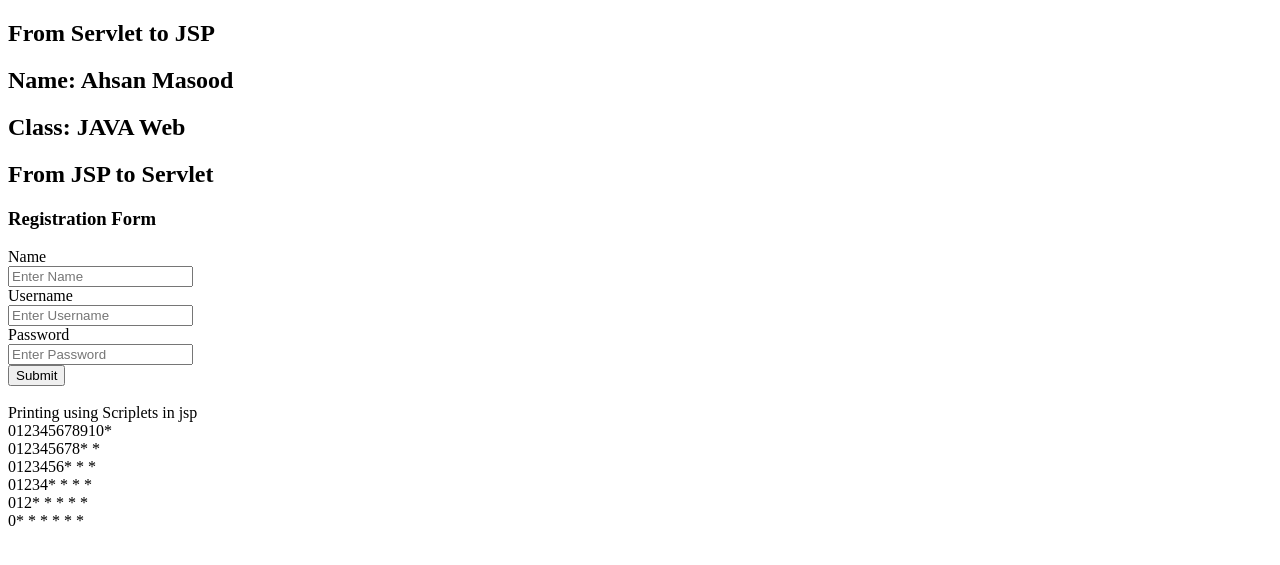
Repository: Ahsan-Masood98/Java-Web-Eng
Page: http://localhost/week2lab/helloworld
An editor plug-in stored every save of this project. The page is shown before and after the next save, followed by the edit.
The browser window is 1280 px wide. The pictures show the whole page.
The page is served by Tomcat 9.

Above is the page before, as saved 2022-09-21 13:56:39.

### eclipse-workplace/week2lab/src/main/webapp/index.jsp
<%@ page language="java" contentType="text/html; charset=ISO-8859-1" pageEncoding="ISO-8859-1"%>
<!DOCTYPE html>
<html>
<head>
<meta charset="ISO-8859-1">
<title>Week 2 Lab</title>
</head>
<body>
	<h2>From Servlet to JSP</h2>
	<h2>Name: ${name}</h2>
	<h2>Class: ${course}</h2>
	<h2>From JSP to Servlet</h2>
	<h3>Registration Form</h3>
	<form action="helloworld" method ="post">
	<label>Name</label><br/>
	<input type=text name="name" placeholder="Enter Name"/><br/>
	<label>Username</label><br/>
	<input type=text name="username" placeholder="Enter Username"/><br/>
	<label>Password</label><br/>
	<input type=password name="password" placeholder="Enter Password"/><br/>
	<button type="submit">Submit</button>
	</form>
	<br>
	<% out.print("Printing using Scriplets in jsp"); %>
	<br>
	<%
		int i,j, row=6;
		for(i=0; i< row; i++){
			int k=0;
			for (j = 2*(row - i-1); j >= 0; j--)
				out.print(k++);
	  		for( j=0; j<=i; j++)
				out.println("*");
			out.print("<br/>");
		}
		out.print("<br/>");
	%>
</body>
</html>

### eclipse-workplace/week2lab/src/main/java/com/ahsan/helloworld.java
package com.ahsan;

import java.io.IOException;
import java.io.PrintWriter;

import javax.servlet.RequestDispatcher;
import javax.servlet.ServletException;
import javax.servlet.annotation.WebServlet;
import javax.servlet.http.HttpServlet;
import javax.servlet.http.HttpServletRequest;
import javax.servlet.http.HttpServletResponse;

/**
 * Servlet implementation class helloworld
 */
@WebServlet("/helloworld")
public class helloworld extends HttpServlet {
	private static final long serialVersionUID = 1L;

    /**
     * Default constructor.
     */
    public helloworld() {
        // TODO Auto-generated constructor stub
    }

	/**
	 * @see HttpServlet#doGet(HttpServletRequest request, HttpServletResponse response)
	 */
	protected void doGet(HttpServletRequest request, HttpServletResponse response) throws ServletException, IOException {
		// TODO Auto-generated method stub
		response.getWriter().append("Served at: ").append(request.getContextPath());

		String destination ="index.jsp";
		RequestDispatcher requestDispatcher = request.getRequestDispatcher(destination);
		String name = "Ahsan Masood";
		request.setAttribute("name", name);
		String course = "JAVA Web";
		request.setAttribute("course", course);
		requestDispatcher.forward(request, response);
		// or request.getRequestDispatcher("index.js").forward(request, response);
	}

	/**
	 * @see HttpServlet#doPost(HttpServletRequest request, HttpServletResponse response)
	 */
	protected void doPost(HttpServletRequest request, HttpServletResponse response) throws ServletException, IOException {
		// TODO Auto-generated method stub
		doGet(request, response);
		response.setContentType("Text/HTML");
		String name = request.getParameter("name");
		String username = request.getParameter("username");
		String password = request.getParameter("password");
		PrintWriter out = response.getWriter();
		out.println("<h1> Name: " + name + "</h1> <br/> <h1> Username: " + username + "</h1> <br/>");
	}

}

After the next save:
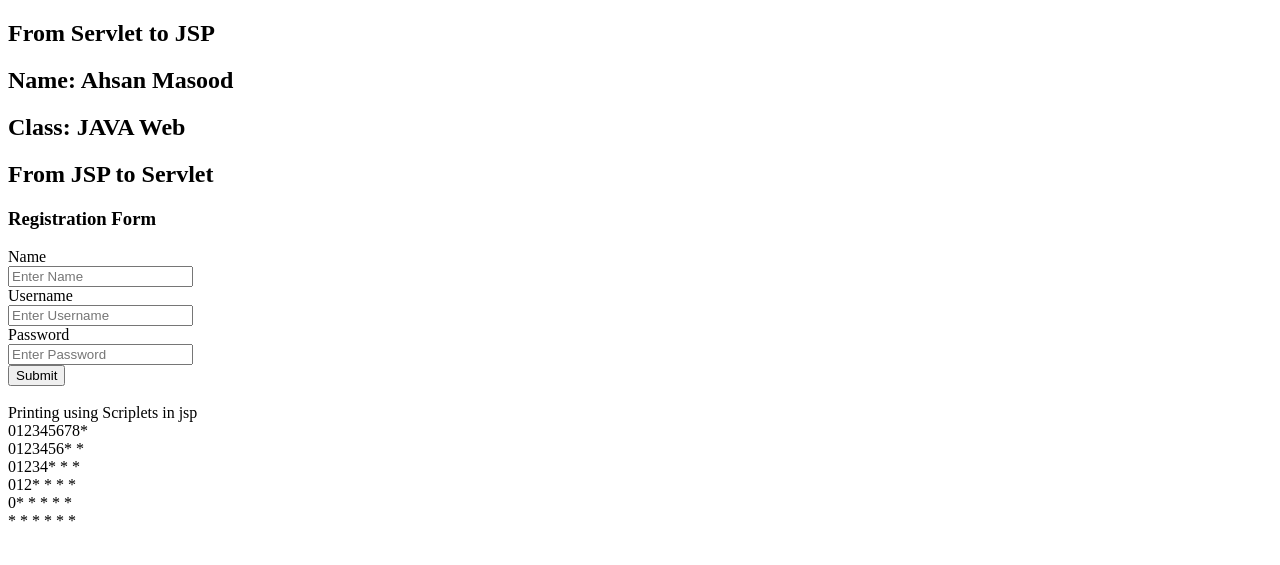
Saved 18 s later.
--- a/eclipse-workplace/week2lab/src/main/webapp/index.jsp
+++ b/eclipse-workplace/week2lab/src/main/webapp/index.jsp
@@ -27,7 +27,7 @@
 		int i,j, row=6;
 		for(i=0; i< row; i++){
 			int k=0;
-			for (j = 2*(row - i-1); j >= 0; j--)
+			for (j = 2*(row - i-2); j >= 0; j--)
 				out.print(k++);
 	  		for( j=0; j<=i; j++)
 				out.println("*");
